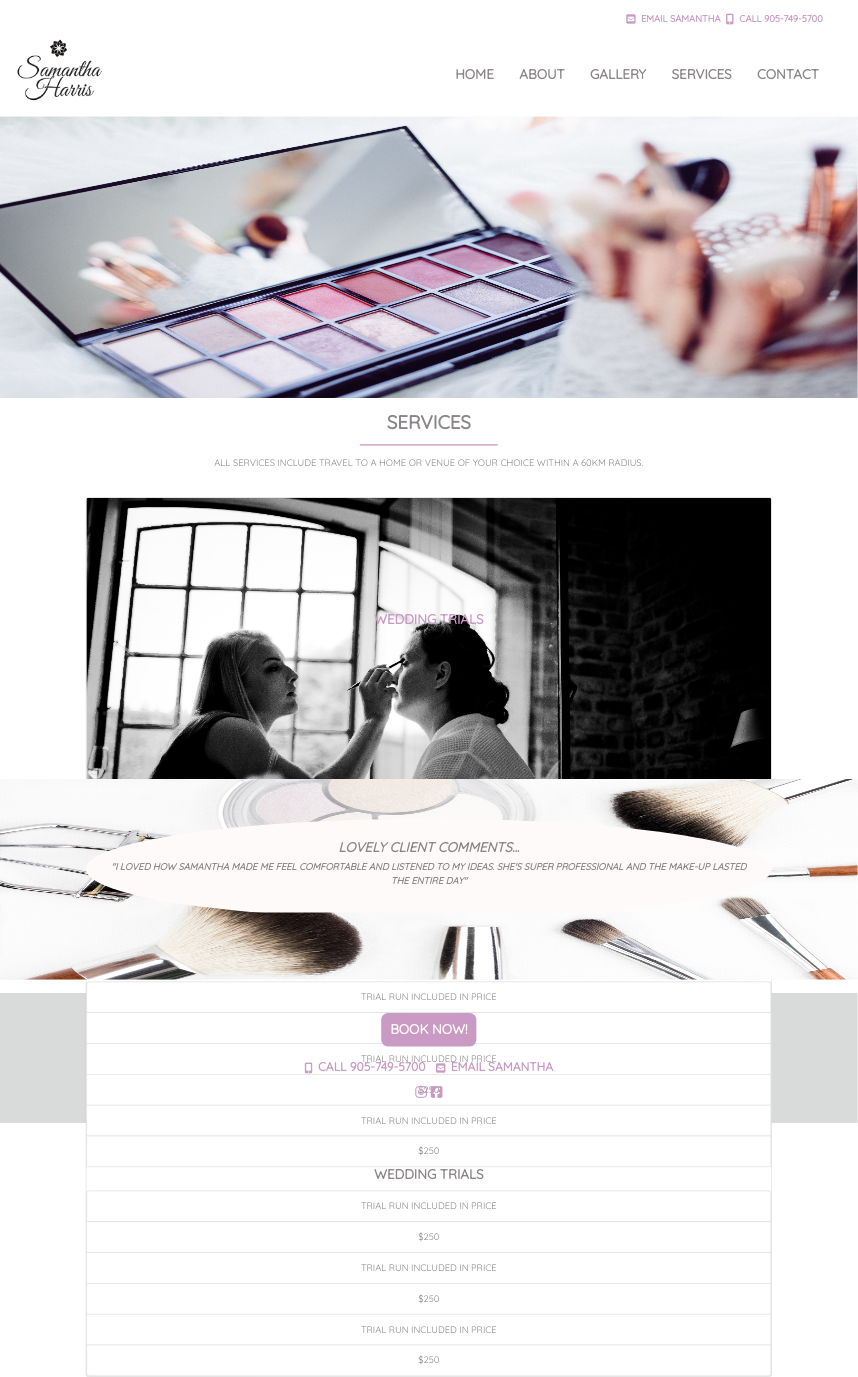
Repository: JayneyNix/milestone-1-UCFD
Page: services.html
The author's editor kept a record of every edit. The page is drawn from the files as they stood at one moment, then again after the next edit.
The browser window is 1280 px wide. The pictures show the whole page, at 67% of full size.
Some web libraries are served in a nearby version.

Above is the page before.

### services.html
<!DOCTYPE html>
<html lang="en">

<head>
    <meta charset="UTF-8">
    <meta name="viewport" content="width=device-width, initial-scale=1.0">
    <meta http-equiv="X-UA-Compatible" content="ie=edge">
    <title>Services | Professional Bridal Make-Up | Samantha Harris</title>
    <script src="https://code.jquery.com/jquery-3.3.1.slim.min.js" integrity="sha384-q8i/X+965DzO0rT7abK41JStQIAqVgRVzpbzo5smXKp4YfRvH+8abtTE1Pi6jizo" crossorigin="anonymous"></script>
    <link href="https://stackpath.bootstrapcdn.com/bootstrap/4.3.1/css/bootstrap.min.css" rel="stylesheet" integrity="sha384-ggOyR0iXCbMQv3Xipma34MD+dH/1fQ784/j6cY/iJTQUOhcWr7x9JvoRxT2MZw1T" crossorigin="anonymous" type="text/css">
    <link rel="stylesheet" href="https://cdnjs.cloudflare.com/ajax/libs/hover.css/2.3.1/css/hover-min.css" type="text/css">
    <link rel="stylesheet" href="https://fonts.googleapis.com/css?family=Quicksand">
    <script src="https://kit.fontawesome.com/26094534a3.js" crossorigin="anonymous"></script>
    <link rel="stylesheet" href="Assets/style.css" class="text/css">
</head>

<body>
    <!--Navigation-->

    <div class="fixed-header d-flex flex-row-reverse mt-2 pr-5 align-items-center">
        <div class="p-1 call-text mt-2">
            <a class="call-header" href="tel:905-749-5700" target="-blank">
                <h5 class="h5 headings"><span class="number">Call 905-749-5700</span></h5>
            </a>
        </div>
        <div class="p-1 call-icon"><a class="call-header" href="tel:905-749-5700" target="-blank"><i class="fas fa-mobile-alt" aria-hidden="true"></i></a>
        </div>
        <div class="p-1 email-text mt-2">
            <a class="email-header" href="mailto:bookings@samanthaharris.ca" target="-blank">
                <span class="call"><h5 class="h5 headings">Email Samantha</h5></span>
            </a>
        </div>
        <div class="p-1 email-icon"><a class="email-header" href="mailto:bookings@samanthaharris.ca" target="-blank"><i class="fas fa-envelope-square" aria-hidden="true"></i></a>
        </div>
    </div>


    <div class="container-fluid nav-container no-padding" role="navigation">
        <nav class="navbar navbar-light navbar-expand-lg">

            <a class="navbar-brand" href="index.html">
                <img src="Assets/logo.png" class="d-inline-block align-top"
      alt="samantha-harris-logo"/>
      </a>

            <button class="navbar-toggler ml-auto" type="button" data-toggle="collapse" data-target="#navbarNavDropdown" aria-controls="navbarNavDropdown" aria-expanded="false" aria-label="Toggle navigation">
          <span class="navbar-toggler-icon"></span>
      </button>
            <div class="collapse navbar-collapse" id="navbarNavDropdown">
                <ul class="navbar-nav navbar-default ml-auto">
                    <li class="nav-item">
                        <a class="nav-link active" href="index.html">Home</a>
                    </li>
                    <li class="nav-item">
                        <a class="nav-link" href="about.html">About</a>
                    </li>
                    <li class="nav-item">
                        <a class="nav-link" href="gallery.html">Gallery</a>
                    </li>
                    <li class="nav-item">
                        <a class="nav-link" href="services.html">Services</a>
                    </li>
                    <li class="nav-item last">
                        <a class="nav-link" href="contact.html">Contact</a>
                    </li>
                </ul><br>
            </div>
        </nav>
    </div>

    <!--Navigation-->

    <!--Introduction-->

    <div class="container-fluid services-main-banner no-padding">
        <div class="row no-gutters">
            <div class="col-sm-12">
                <img src="Assets/make-up-palette.jpg" class="img-fluid services-image w-100" alt="about-page-banner-image" />

            </div>
        </div>
    </div>

    <div class="container-fluid intro-section no-padding text-center">
        <div class="row no-gutters">
            <div class="col-sm-12 col-md-12-offset-3">
                <h1 class="h1 headings">Services</h1>
                <hr class="line">
                <p class="p headings">All services include travel to a home or venue of your choice within a 60km radius.</p><br>
            </div>

        </div>

    </div>

    <!--Introduction-->

    <!--Services Section-->

    <div class="container services-container text-center">
        <div class="row pricing-row d-flex justify-content-center no-gutter">
            <div class="card services-heading col-md-12 d-flex align-content-center flex-wrap">
                <img class="card-img img-fluid" src="Assets/make-up-artist-and-bride-facing-eachother.jpg">
                <div class="card-img-overlay">
                    <h2 class="card-title h2 headings">Wedding Trials</h2>
                    </div>
                    <div class="card-body"></div>
                    <ul class="list-group p headings">
                    <li class="list-group-item">Trial Run included in price</li>
                    <li class="list-group-item">$250</li>
                    <li class="list-group-item">Trial Run included in price</li>
                    <li class="list-group-item">$250</li>
                    <li class="list-group-item">Trial Run included in price</li>
                    <li class="list-group-item">$250</li>


                    <h2 class="card-title h2 headings">Wedding Trials</h2>
                    <ul class="list-group p headings">
                    <li class="list-group-item">Trial Run included in price</li>
                    <li class="list-group-item">$250</li>
                    <li class="list-group-item">Trial Run included in price</li>
                    <li class="list-group-item">$250</li>
                    <li class="list-group-item">Trial Run included in price</li>
                    <li class="list-group-item">$250</li>
                </div>
            </div>
        </div>
                </div>





    <!--Testimonials-->

    <div id="testimonial-carousel" class="carousel slide d-none d-md-block" data-ride="carousel">
        <div class="carousel-inner">
            <div class="carousel-item active">
                <img class="carousel-image d-block w-100" src="Assets/cosmetic-brushes.png" alt="Slide-One">
                <div class="carousel-caption d-none d-md-block height-auto">
                    <div class="box">
                        <h2 class="h2 headings carousel-heading align-items-center justify-content-center">Lovely client comments...</h2>
                        <p class="p headings carousel-text">"Sam was awesome from the moment I met her I knew I didn't want anyone else to do my make-up! I felt so confident and beautiful but still like me"
                        </p>
                    </div>
                </div>
            </div>

            <div class="carousel-item">
                <img class="carousel-image d-block w-100" src="Assets/cosmetic-brushes.png" alt="Slide-Two">
                <div class="carousel-caption d-none d-md-block">
                    <div class="box">
                        <h2 class="h2 headings carousel-heading align-items-center justify-content-center">Lovely client comments...</h2>
                        <p class="p headings carousel-text">"I loved how Samantha made me feel comfortable and listened to my ideas. She's super professional and the make-up lasted the entire day"
                        </p>
                    </div>
                </div>
            </div>
            <div class="carousel-item">
                <img class="carousel-image d-block w-100" src="Assets/cosmetic-brushes.png" alt="Slide-Three">
                <div class="carousel-caption d-none d-md-block">
                    <div class="box">
                        <h2 class="h2 headings carousel-heading align-items-center justify-content-center">Lovely client comments...</h2>
                        <p class="p headings carousel-text">"I was looking for someone who uses natural products and the latest techniques and Samantha was knowledgeable, experienced and wasn't flustered with our party of 7!"
                        </p>
                    </div>
                </div>
            </div>
        </div>
    </div>

    <!--Testimonials-->

    <!--Footer-->

    <footer class="container-fluid footer-container no-padding">

        <div id="footer" class="row">
            <div class="col-sm-12">
                <div class="action">
                    <btn class="footer-button">
                        <a class="contact-link" href="contact.html">
                            <h2 class="h2 headings footer-items">BOOK NOW!</h2>
                        </a>
                    </btn>
                </div>

                <div class="d-flex flex-row justify-content-center mt-3">

                    <div class="p-1 call-icon"><a class="call-header" href="tel:905-749-5700" target="-blank"><i class="fas fa-mobile-alt" aria-hidden="true"></i></a>
                    </div>
                    <div class="p-1 call-text mr-2">
                        <a class="call-contact" href="tel:905-749-5700" target="-blank">
                            <h3 class="h3 headings">Call 905-749-5700</h3>
                        </a>
                    </div>
                    <div class="p-1 email icon"><a class="email-header" href="mailto:bookings@samanthaharris.ca" target="-blank"><i class="fas fa-envelope-square" aria-hidden="true"></i></a>
                    </div>
                    <div class="p-1 email-text">
                        <a class="email-contact" href="mailto:bookings@samanthaharris.ca" target="-blank">
                            <h3 class="h3 headings">Email Samantha</h3>
                        </a>
                    </div>
                </div>

                <div class="col-sm-12">
                    <div class="social"></div>
                    <a class="insta" href="https://www.instagram.com" target="-blank"><i class="fab fa-instagram" aria-hidden="true"></i>
                    </a>
                    <a class="facebook" href="https://www.facebook.com" target="-blank"><i class="fab fa-facebook-square" aria-hidden="true"></i></a>
                </div>
            </div>
        </div>
    </footer>

    <!--Footer-->
    <script src="https://cdnjs.cloudflare.com/ajax/libs/jquery/3.4.1/jquery.slim.min.js"></script>
    <script src="https://cdnjs.cloudflare.com/ajax/libs/popper.js/1.15.0/umd/popper.min.js"></script>
    <script src="https://cdnjs.cloudflare.com/ajax/libs/twitter-bootstrap/4.3.1/js/bootstrap.min.js"></script>
</body>

</html>

### Assets/style.css
/*Typography*/

.headings {

    font-family: Quicksand, sans-serif;
    text-transform: uppercase;
    font-weight: bold;
}

.h1 {
    font-size: 28px;
    color: #8a8689;
    font-weight: bold;
}

.h2 {
    font-size: 20px;
    font-weight: bold;
}

.h3 {
    font-size: 18px;
    color: #8a8689;
}

.h4 {
    font-size: 16px;
}

.h5 {
    font-size: 14px;
    color: #8a8689;
}

.p {
    font-size: 14px;
    color: #8a8689;
    font-weight: normal;
}

.line {
    border-style: solid;
    border-width: 1px;
    border-color: #c99bc4;
    width:20%;
    background-position: center;
    background-repeat: no-repeat;
}

/*Typography*/


/*Contact Header*/

.p-1 .email-header {
    color: #c99bc4;
    text-decoration: none;
}

.p-1 .call-header {
    color: #c99bc4;
    text-decoration: none;
}

.p-1 .email-header:hover {
    color: #8a8689;
}

.p-1 .call-header:hover {
    color: #8a8689;
}

.p-1 .h5 {
    color: #c99bc4;
}

.p-1 .h5:hover {
    color: #8a8689;
}

/*Contact Header*/


/*--Navigation--*/

.nav-container {
    padding-right: 20px;
    padding-left: 0;
}

.navbar {
    background-color: #fff;
    padding: 0;
}

.navbar-brand {
    padding-left: 20px;
    padding-bottom: 20px;
    background-size: cover;
    width: 150;
    height: 150;
}

.navbar-nav {
    padding-right: 30px;
}

.nav-item {
    padding: 20;
}

.nav-link {
    font-family: "Quicksand", sans-serif;
    font-size: 20px;
    font-weight: bold;
    text-decoration: none;
    text-transform: uppercase;
    color: #8a8689!important;
    vertical-align: middle;
    padding-left: 30px!important;
}

.nav-link:hover {
    color: #c99bc4!important;
    transform: scale(1.25);
    transition: ease-in-out;
    transition-duration: 0.3s;
}

.navbar-light .navbar-toggler {
    padding-right: 30px;
    border: 0;
    font-weight: bold;
}

  .navbar-toggler:focus, .navbar-toggler:active {
    outline: none;
    box-shadow: none;
    color: #c99bc4;
  }

@media (max-width: 992px) {
    #navbarNavDropdown {
        text-align: center;
    }
}

/*--Navigation--*/


/*--Footer*/

.container-fluid .footer-container {
    display: inline-block;
    font-size: 0;
}

#footer {
    background-color: #d9dbda;
    text-align: center;
    padding-top: 30px;
    padding-bottom: 30px;
}

.footer-button {
    position: relative;
    display: inline-block;
    font-family: "Quicksand", sans-serif;
    font-size: 20px;
    font-weight: bolder;
    text-transform: uppercase;
    vertical-align: middle;
    border: 3px solid #c99bc4;
    border-radius: 10px;
    padding: 10px;
    text-align: center;
    background-color: #c99bc4;
}

.footer-button .contact-link {
    text-decoration: none;
}

.footer-items {
    color: #fffafa;
    font-weight: bold;
    vertical-align: middle;
    margin: 0;
}

.footer-items:hover {
    color: #8a8689;
    transform: scale(1.1);
    transition: ease-in-out;
    transition-duration: 0.5s;
}

.call-contact .h3 {
    color: #c99bc4;
    text-decoration: none;
}

.a .call-contact {
    text-decoration: none;
}

.email-contact .h3 {
    color: #c99bc4;
    text-decoration: none;
}

.a .email-contact {
    text-decoration: none;
}

.call-contact .h3:hover {
    color: #8a8689;
}

.email-contact .h3:hover {
    color: #8a8689;
}

.insta {
    color: #c99bc4;
    font-size: 20px;
}

.facebook {
    color: #c99bc4;
    font-size: 20px;
}

.insta:hover {
    color: #8a8689;
    text-decoration: none;
}

.facebook:hover {
    color: #8a8689;
    text-decoration: none;
}

/*--Footer*/


/*--Homepage Section 1 - Banner & Intro*/

.home-main-banner {
    max-width: 100%;
    height: 100%;
    padding: 0px 0px 20px;
    margin: 0;
    font-size: 0;
}

#home-main-intro {
    padding: 0;
    margin: 0;
}

.intro-section {
    padding: 0;
    width: 80%;
}

/*--End Homepage Section 1 - Banner & Intro*/


/*--Homepage Section 2 - Testimonials*/

#testimonial-carousel {
    display: block;
    padding: 0;
    font-size: 0;
    margin-bottom: 20px;
    height: 300px;
}

.carousel-image {
    height: 300px;
}

.carousel-caption {
    position: absolute;
    left: 50%;
    top: 40%;
    transform: translate(-50%, -50%);
    overflow: hidden;
    width: 80%;
}

.carousel-heading {
    color: #8a8689;
    font-style: italic;
    font-weight: bolder;
}

.carousel-text {
    font-style: italic;
    font-weight: bolder;
}

.box {
    border: 0px transparent;
    border-radius: 50%;
    background-color: #fffafa;
    padding: 30px;
}

/*--End Homepage Section 2 - Testimonials*/


/*--Gallery--*/

.gallery-container {
    padding-bottom: 20px;
}

/*--End Gallery--*/


/*--Contact Page--*/

.contact-main-banner {
    max-width: 100%;
    padding: 0px 0px 20px;
    margin: 0;
    font-size: 0;
}

.contact-image {
    height: 420px;
}

.contact-intro {
    padding: 0;
    margin: 0;
}

.contact-container {
    width: 100%;
    padding-bottom: 20px;
    margin: 20px 0px;
    padding-left: 0;
    padding-right: 0;
    vertical-align: middle;
    background-color: #fffafa;
}

.row-top {
    padding-top: 40px;
}

.row-second-section  {
    padding-top: 20px;
}

.row-bottom {
    padding-top:20px;
}

.send-btn {
    vertical-align: middle;
    border: 3px solid #c99bc4;
    border-radius: 10px;
    padding: 10px;
    text-align: center;
    background-color: #c99bc4;
    color: #fffafa;
    font-weight: bolder;
}

.send-btn:hover {
    color: #8a8689;
    transform: scale(1.1);
    transition: ease-in-out;
    transition-duration: 0.5s;
}

.form-control::placeholder {
    font-family: Quicksand, 'sans-serif';
    font-size: 14px;
    font-style: italic;
    font-weight: bold;
    text-transform: uppercase;
    color:#8a8689;
}

::-webkit-datetime-edit-text {
    color: #8a8689;
    padding: 0 0.3em;
    text-transform: uppercase;
    font-family: Quicksand, 'sans-serif';
    font-size: 14px;
    font-style: italic;
    font-weight: bold;
    }

/*--End Contact Page--*/


/*--About Page--*/

.about-main-banner {
    max-width: 100%;
    padding: 0px 0px 20px;
    margin: 0;
    font-size: 0;
}

.about-image {
    height: 420px;
}

.about-container {
    margin-bottom: 20px;
}

.about-text {
    margin-right: 10px;
}

.about-heading {
    margin-bottom: 20px;
}

.about-photo {
    display:inline-block;
}

.ul{
    list-style: none;
}

.ul .li:before {

    background-color: #c99bc4;
    border-radius: 50%;
    display: inline-block;
    margin-right: 10px;
    margin-bottom: 2px;
    height: 10px;
    width: 10px;
    content: "\f105";
}

/*--About Page--*/


/*--Services Page--*/

.services-container {

    width: 80%;
    margin-bottom: 20px;
}

.services-main-banner {
    max-width: 100%;
    padding: 0px 0px 20px;
    margin: 0;
    font-size: 0;
}

.services-image {
    height:420px;
}


.services-heading {
    padding:0;
    margin:0;
}

  .category-image {
    width: 100%;
    height:100%;
    z-index: 0;
    opacity: 0.2;
}



.card-img-overlay .card-title {
    font-weight: bolder;
    color: #c99bc4;
    margin-top: 150px;

}

.services-text {
    width:100%;
    background-color: #fffafa;
}


.list-inline {
    text-align: center;
    vertical-align: middle;
}

.pricing-row {
    height:400px;
}

/*--Services Page--*/

After the next edit:
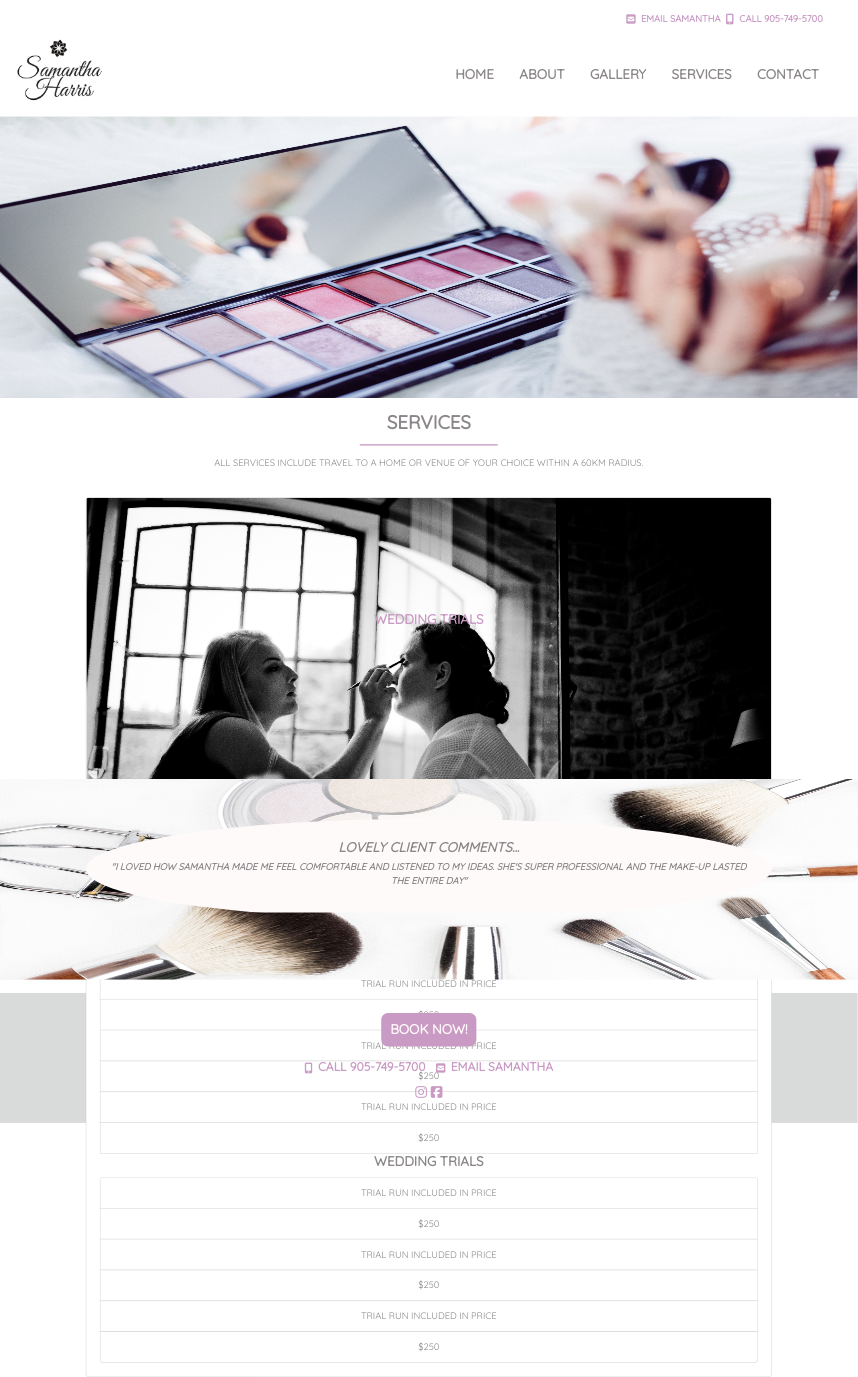
The edit:
--- a/services.html
+++ b/services.html
@@ -104,7 +104,7 @@
                 <div class="card-img-overlay">
                     <h2 class="card-title h2 headings">Wedding Trials</h2>
                     </div>
-                    <div class="card-body"></div>
+                    <div class="card-body">
                     <ul class="list-group p headings">
                     <li class="list-group-item">Trial Run included in price</li>
                     <li class="list-group-item">$250</li>
